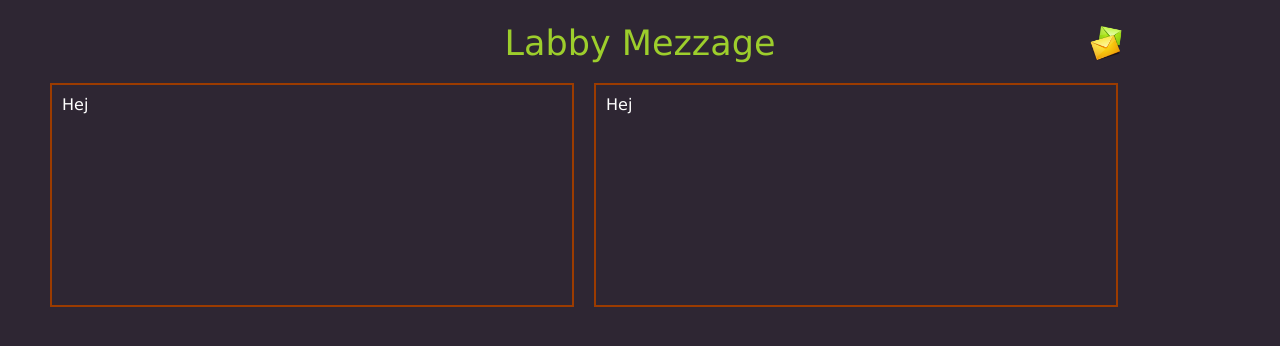
Repository: ad222kr/1dv403-laborationer
Page: 2-labbymezzage/index.html
The author's editor kept a record of every edit. The page is drawn from the files as they stood at one moment, then again after the next edit.
The browser window is 1280 px wide. The pictures show the whole page.

Above is the page before.

### 2-labbymezzage/index.html
<!DOCTYPE HTML>
<html lang="sv">
    <head>
        <meta charset="UTF-8" />
        <title>Laboration 2 - Labby Mezzage!</title>
        <link rel="stylesheet" href="css/style.css" />
        <script src="js/Message.js"></script>
        <script src="js/MessageBoard.js"></script>
        <script  src="js/run.js"></script>
    </head>

    <body>
        <div id ="container">
            <header><h1>Labby Mezzage</h1></header>
            <div id="content">
                  <div id="board1" class="messages"></div>
                  <div id="board2" class="messages"></div>
            </div>
        </div>

    </body>
</html>

### 2-labbymezzage/css/style.css
body{
    background-color: #2E2633; /* Ändra sen */
    font-family: Verdana, Helvetica;

}

h1{

    color:#9dce2c;
    font-size: 35px;
    font-weight: normal;
}
p{
    color: black;
}

header{
    background-image: url("pics/logo.png");
    background-size: 35px 35px;
    background-repeat: no-repeat;
    background-position: 90%;
    text-align: center;
    height: 40px;
    line-height: 40px;
    margin-bottom:10px;
}

#container{
    width: 1200px;
    margin: 0px auto;
}



#button{
    border: 0px;
	background-color:#9dce2c;
	-webkit-border-top-left-radius:42px;
	-moz-border-radius-topleft:42px;
	border-top-left-radius:42px;
	-webkit-border-top-right-radius:42px;
	-moz-border-radius-topright:42px;
	border-top-right-radius:42px;
	-webkit-border-bottom-right-radius:42px;
	-moz-border-radius-bottomright:42px;
	border-bottom-right-radius:42px;
	-webkit-border-bottom-left-radius:42px;
	-moz-border-radius-bottomleft:42px;
	border-bottom-left-radius:42px;
	display:inline-block;
	color:#ffffff;
	font-size:22px;
	font-weight:normal;
	font-style:normal;
	height:35px;
	line-height:35px;
	width:100px;
	text-decoration:none;
	text-align:center;
	margin-left: 360px;
	margin-top: 5px;
}

#button:hover{
    background:-webkit-gradient( linear, left top, left bottom, color-stop(0.05, #8cb82b), color-stop(1, #9dce2c) );
	background:-moz-linear-gradient( center top, #8cb82b 5%, #9dce2c 100% );
	background-color:#8cb82b;
}

#button:active{
    position: relative;
    top: 1px;
}

#numberofmess{
    color: black;
    font-size: 11px;
    float: right;
    margin-bottom: -25px;
}

.messages{

	color:white;
	width:500px;
	height:200px;
	padding:10px;
	border:2px solid #9b3b00;
	margin:10px;
	float:left;
}

.message{

    margin-bottom: 5px;
    font-size: 12px;
    border: solid 1px;
    background: #cdeb8b;
    padding: 4px;
}

.delete{
    height: 20px;
    width: 20px;
}
.time{
    height: 20px;
    width: 20px;
}

.buttons{
    float: right;
    margin-left: 200px;
    margin: 0 0 1em 1em;

}

.msgtext{
    width: 400px;
    text-align: justify;
    margin-top:-1px;
    word-wrap: break-word;
    display: block;

}

.timestamp{
    margin-left:405px;
    margin-bottom:-2px;
    font-size:10px;
}

### 2-labbymezzage/js/Message.js
"use strict";
function Message(message, date){


    this.getText = function(){
        return message;
    };
    this.setText = function(_text){
        message = _text;
    };
    this.getDate = function(){
        return date;
    };
    this.setDate = function(_date){
        date = _date;
    };
}

Message.prototype.getDateText = function(){
    // Hittade på http://stackoverflow.com/a/3067896
    var date = this.getDate();
    var hour = date.getHours().toString();
    var minute = date.getMinutes().toString();
    var seconds = date.getSeconds().toString();

    var dateText = hour + ":" + minute +":" + (seconds.length == 2 ? seconds : "0" + seconds);

    return dateText;

};
Message.prototype.toString = function(){

    var monthNames = [ "Januari", "Februari", "Mars", "April", "Maj", "Juni",
    "Juli", "Augusti", "September", "Oktober", "November", "December" ];

    var date = this.getDate();
    console.log(date);
    var year = date.getFullYear().toString();
    var month = monthNames[date.getMonth()];
    var day = date.getDate().toString();
    var hour = date.getHours().toString();
    var minute = date.getMinutes().toString();
    var seconds = date.getSeconds().toString();

    var dateTest = "Inlägget skapades den " +day+" "+month+ " "+year+" klockan "+hour+":"+minute+":"+seconds;
    return dateTest;
};
Message.prototype.getHTMLtext = function(){
    var htmlText = this.getText();
    return htmlText.replace(/[\n\r]/g, "<br />");
};

### 2-labbymezzage/js/MessageBoard.js
"use strict";
function MessageBoard(boardID){

    var messages =  [];

    this.init = function(){
        var boardDiv = document.getElementById(boardID);
        boardDiv.innerHTML = "Hej";

    };

}

### 2-labbymezzage/js/run.js
"use strict";
window.onload = function(){
    var board1 = new MessageBoard("board1");
    var board2 =new MessageBoard("board2");

    board1.init();
    board2.init();

};

After the next edit:
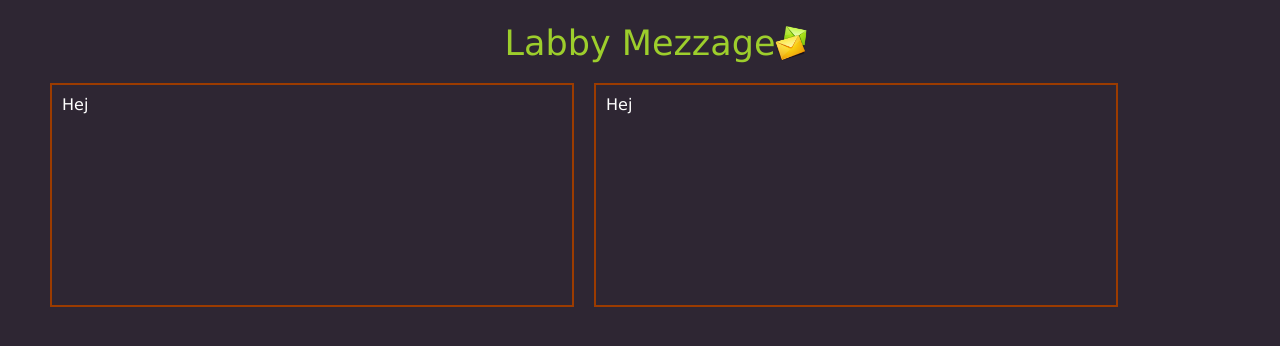
The edit:
--- a/2-labbymezzage/css/style.css
+++ b/2-labbymezzage/css/style.css
@@ -18,7 +18,7 @@
     background-image: url("pics/logo.png");
     background-size: 35px 35px;
     background-repeat: no-repeat;
-    background-position: 90%;
+    background-position: 63%;
     text-align: center;
     height: 40px;
     line-height: 40px;
